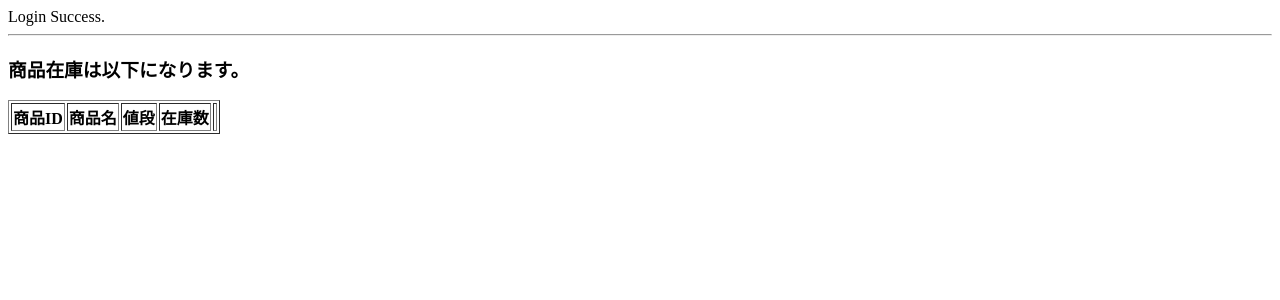
Repository: sachiyuki/java
Page: http://localhost/AdminLogin/adminpage.jsp
These files come from the project's save history. The page is drawn as it stood at one moment and after the next save; the edit follows.
The browser window is 1280 px wide. The pictures show the whole page.
The page is served by Tomcat 9.

Above is the page before, as saved 2018-03-05 10:30:40.

After the next save:
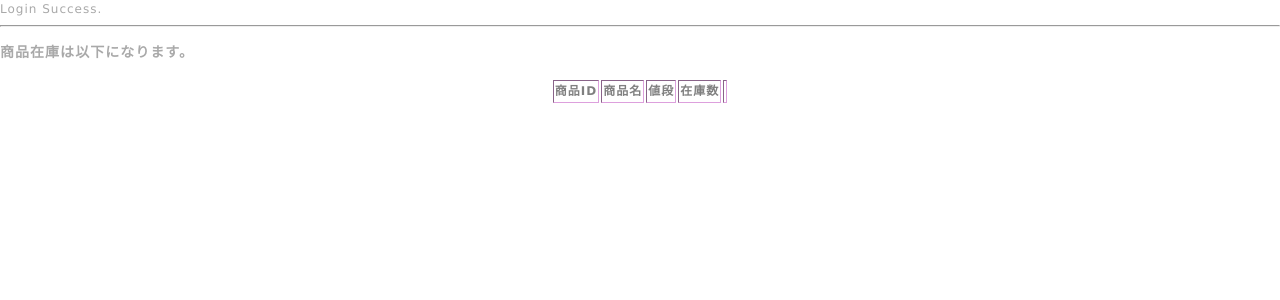
Saved 12 s later.
--- a/AdminLogin/WebContent/adminpage.jsp
+++ b/AdminLogin/WebContent/adminpage.jsp
@@ -6,6 +6,32 @@
 <head>
 <meta http-equiv="Content-Type" content="text/html; charset=UTF-8">
 <title>Insert title here</title>
+<style type="text/css">
+
+body{
+	margin: 0;
+	padding: 0;
+	line-height:1.6;
+	letter-spacing:1px;
+	font-family: Verdana, Helvetica, sans-serif;
+	font-size: 12px;
+	color: darkgray;
+	background:#fff;
+}
+
+table{
+	text-align:center;
+	margin: 0 auto;
+	border:1px plum;
+
+}
+
+form{
+	border: 0.5px thistle;
+	color:gray;
+}
+
+</style>
 </head>
 <body>
 
@@ -14,6 +40,7 @@ Login Success.
 <hr>
 
 <h3>商品在庫は以下になります。</h3>
+
 <s:form>
 
 <table border="1">
